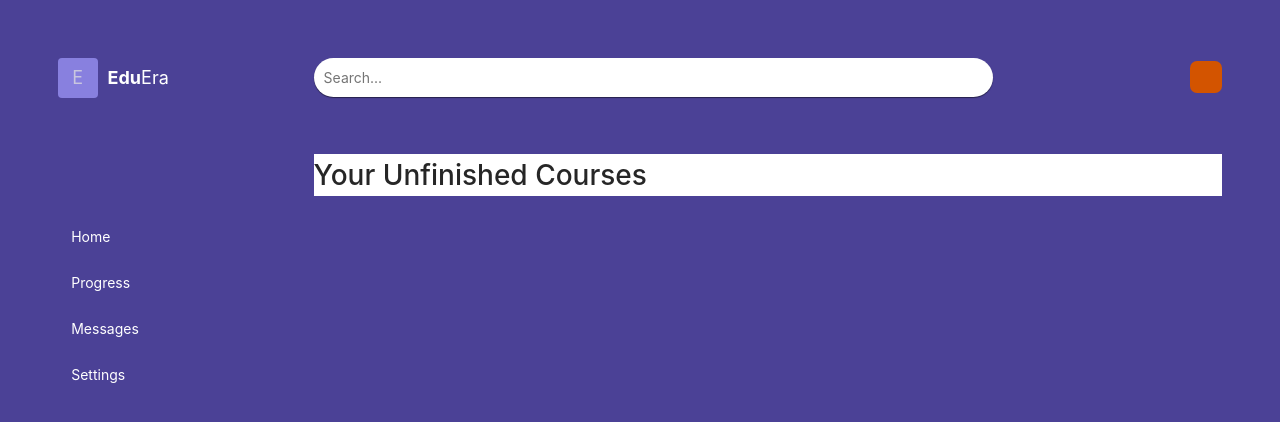
Repository: huynhnt1406/coursestorage
Page: / (app in coursestorage/)
These files come from the project's save history. The page is drawn as it stood at one moment and after the next save; the edit follows.
The browser window is 1280 px wide. The pictures show the whole page.
The project was rebuilt for these pictures with package versions that can differ from the ones it lists, and the page was loaded fresh each time.

Above is the page before, as saved 2021-05-01 17:10:13.

After the next save:
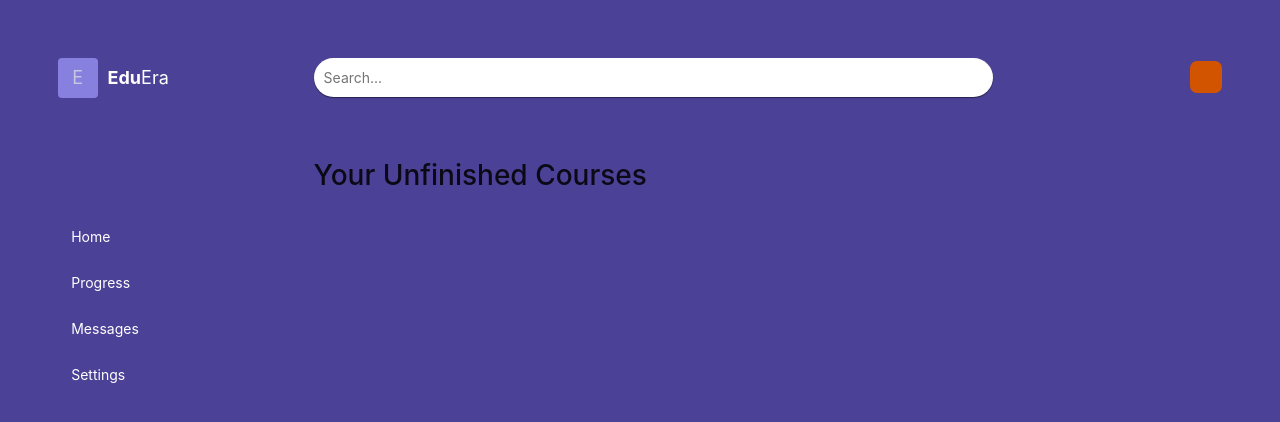
Saved 15 s later.
--- a/coursestorage/src/components/VideoList.vue
+++ b/coursestorage/src/components/VideoList.vue
@@ -12,7 +12,7 @@
 
 <style>
 .videolist{
-    background-color: white;
+    color:white;
     margin-left:8vh;
     margin-right: 8vh;
 }
